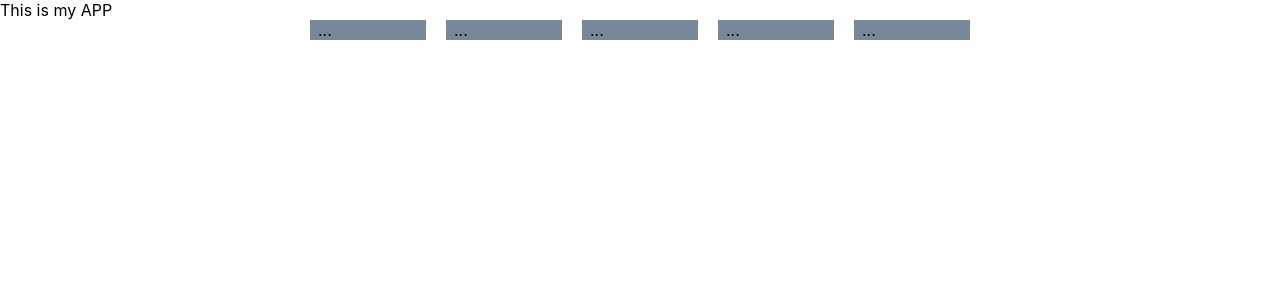
Repository: vnevescode/ui-components-react
Page: /
These files come from the project's save history. The page is drawn as it stood at one moment and after the next save; the edit follows.
The browser window is 1280 px wide. The pictures show the whole page.
The project was rebuilt for these pictures with package versions that can differ from the ones it lists, and the page was loaded fresh each time.

Above is the page before, as saved 2022-06-09 22:19:23.

After the next save:
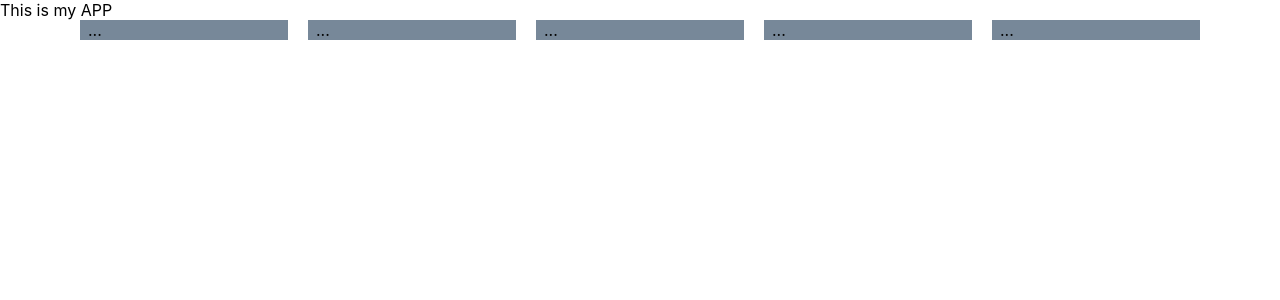
Saved 10 s later.
--- a/src/components/Cards/Cards.style.css
+++ b/src/components/Cards/Cards.style.css
@@ -11,7 +11,7 @@
 .cards__item{
     /* width: 50px;
     height: 50px; */
-    flex-basis: 100px;
+    flex-basis: 15%;
     padding-left: 8px;
     padding-right: 8px;
     background-color: lightslategray;
